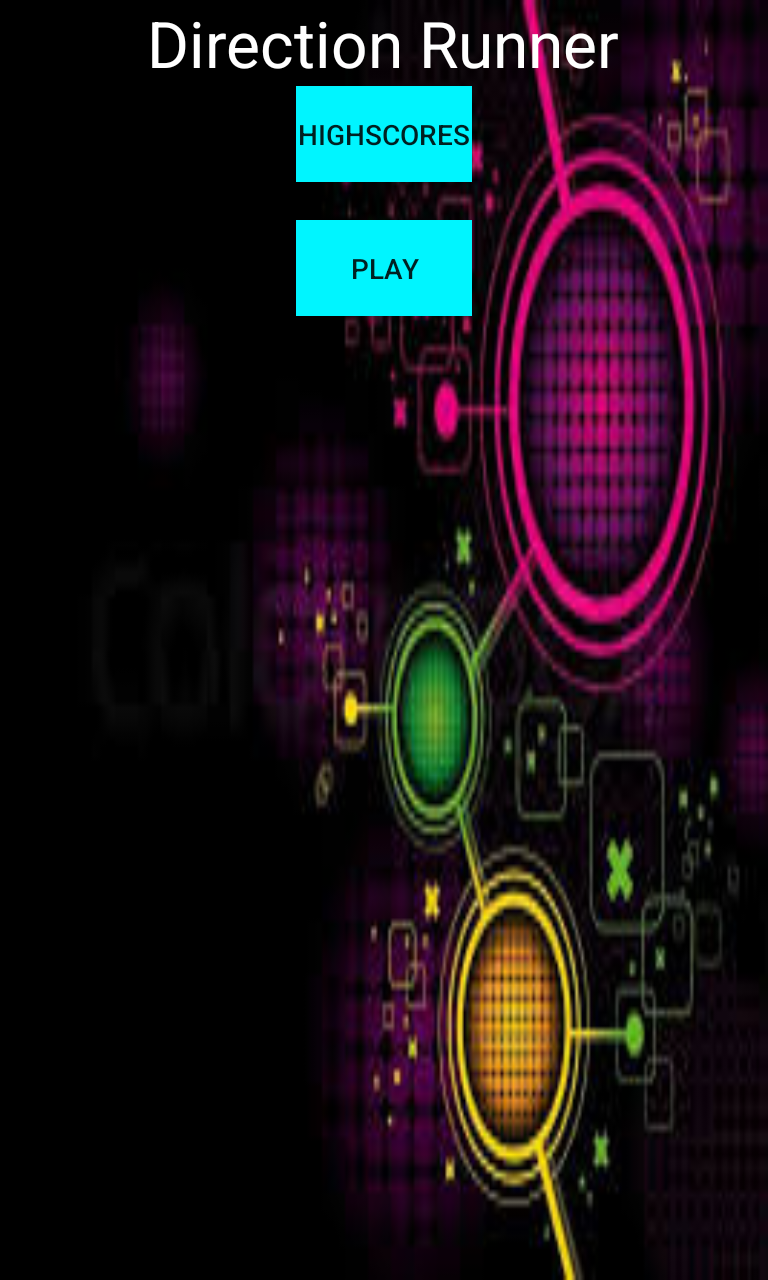
Repository: RedJaVa68/DirectionRunner
Layout: DirectionRunner/res/layout/activity_main.xml
The author's editor kept a copy of each file at every save. The layout is drawn from the files as they stood at one save, then again after the next save.
It is drawn on a 768 x 1280 px phone screen (xhdpi) without system bars, with theme AppTheme; the app's code is not run.

Above is the layout before, as saved 2015-05-07 02:26:13.

### DirectionRunner/res/layout/activity_main.xml
<LinearLayout xmlns:android="http://schemas.android.com/apk/res/android"
    xmlns:tools="http://schemas.android.com/tools"
    android:layout_width="fill_parent"
    android:layout_height="fill_parent"
    android:background="@drawable/bg"
    android:gravity="center_horizontal"
    android:orientation="vertical"
    tools:context="edu.utep.cs.cs4330.DirectionRunner.MainActivity" >

    <TextView
        android:layout_width="wrap_content"
        android:layout_height="wrap_content"
        android:text="Direction Runner"
        android:textColor="#ffffff"
        android:textSize="32sp" />

    <Button
        android:id="@+id/statsButton"
        android:layout_width="wrap_content"
        android:layout_height="wrap_content"
        android:background="#00F5FF"
        android:text="Highscores"
        android:onClick="stats"/>

    <TextView
        android:layout_width="fill_parent"
        android:layout_height="wrap_content" />

    <Button
        android:id="@+id/playButton"
        android:layout_width="wrap_content"
        android:layout_height="wrap_content"
        android:background="#00F5FF"
        android:text="Play"
        android:onClick="play"/>

</LinearLayout>

Loaded but not shown: DirectionRunner/res/values/styles.xml (common file); DirectionRunner/res/values-v11/styles.xml (common file); DirectionRunner/res/values-v14/styles.xml (common file)

After the next save:
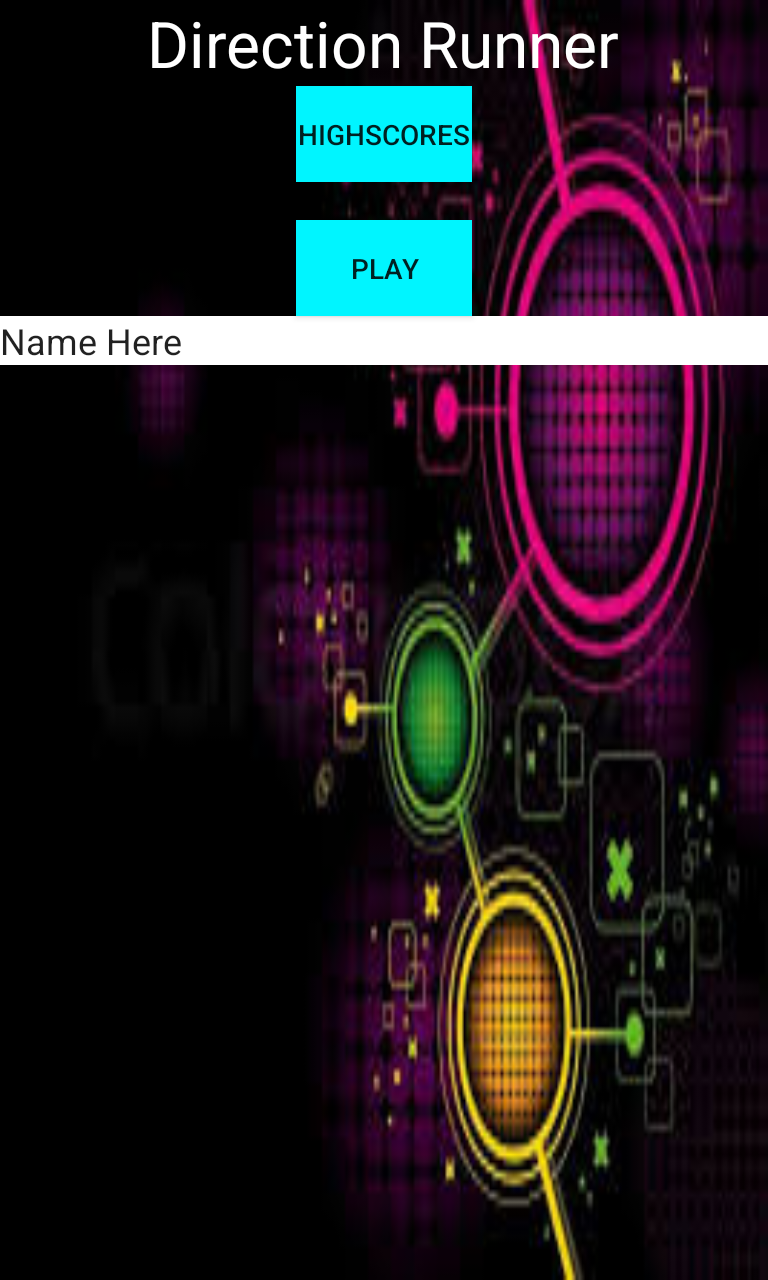
Saved 2 min 50 s later.
--- a/DirectionRunner/res/layout/activity_main.xml
+++ b/DirectionRunner/res/layout/activity_main.xml
@@ -33,5 +33,11 @@
         android:background="#00F5FF"
         android:text="Play"
         android:onClick="play"/>
+    <EditText
+        android:id="@+id/username"
+        android:layout_width="fill_parent"
+        android:layout_height="wrap_content"
+        android:background="#ffffff"
+        android:text="Name Here"/>
 
 </LinearLayout>
